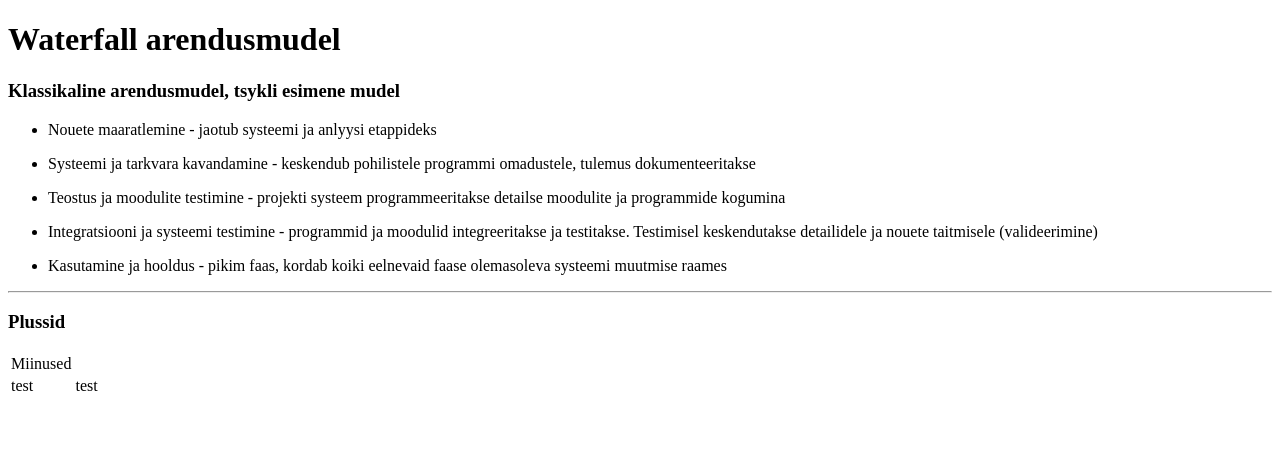
Repository: annemariv/Targe24
Page: elutsykkel/waterfall.html
These files come from the project's save history. The page is drawn as it stood at one moment and after a run of saves; the edit follows.
The browser window is 1280 px wide. The pictures show the whole page.

Above is the page before, as saved 2024-11-06 18:55:18.

### elutsykkel/waterfall.html
<!DOCTYPE html>
<html lang="en">
<head>
    <meta charset="UTF-8">
    <meta name="viewport" content="width=device-width, initial-scale=1.0">
    <title>Waterfall arendusmudel</title>
</head>
<body>
    <p>
        <!--pealkiri-->
        <!--kirjeldus oma sonadega-->
        <!--etappide tapsem kirjeldus-->
        <!--visuaalne joonis-->
        <!--tabel, mis loetleb head ja vead ()-->
    </p>
    <h1>Waterfall arendusmudel</h1>
    <h3>Klassikaline arendusmudel, tsykli esimene mudel</h3>
    <ul>
        <li>
            <p>Nouete maaratlemine - jaotub systeemi ja anlyysi etappideks</p>
        </li>
        <li>
            <p>Systeemi ja tarkvara kavandamine - keskendub pohilistele programmi omadustele, tulemus dokumenteeritakse</p>
        </li>
        <li>
            <p>Teostus ja moodulite testimine - projekti systeem programmeeritakse detailse moodulite ja programmide kogumina</p>
        </li>
        <li>
            <p>Integratsiooni ja systeemi testimine - programmid ja moodulid integreeritakse ja testitakse. Testimisel keskendutakse detailidele ja nouete taitmisele (valideerimine)</p>
        </li>
        <li>
            <p>Kasutamine ja hooldus - pikim faas, kordab koiki eelnevaid faase olemasoleva systeemi muutmise raames</p>
        </li>
    </ul>
    <hr/>
    <table>
        <tr>
            <h3>Plussid</h3>
            <td>Miinused</td>
        </tr>
        <tr>
            <td>test</td>
            <td>test</td>
        </tr>
    </table>
</body>
</html>

After the next 2 saves:
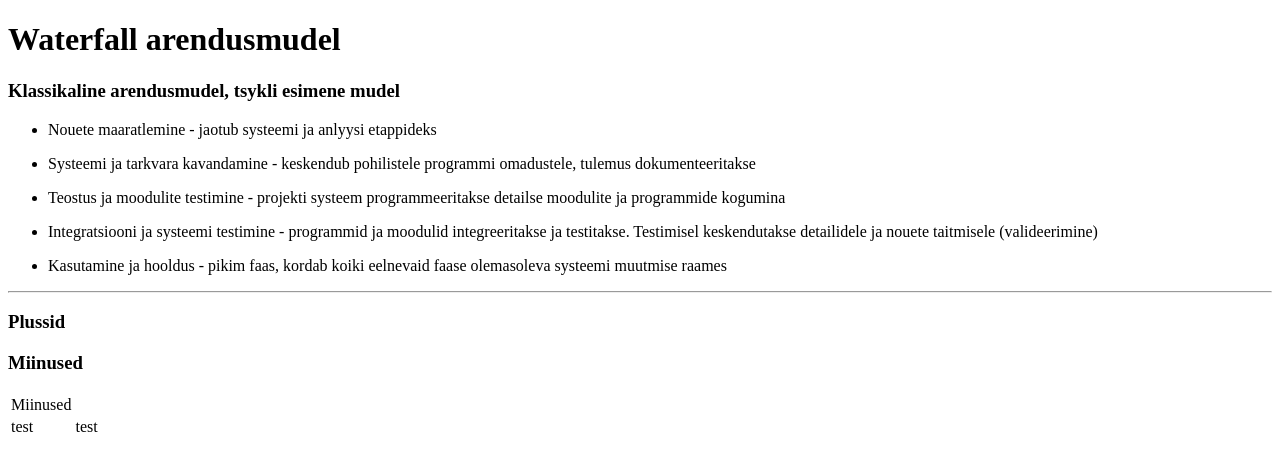
The 2 saves are shown as one change because they came seconds apart.
The last was saved 7 s later.
--- a/elutsykkel/waterfall.html
+++ b/elutsykkel/waterfall.html
@@ -36,6 +36,7 @@
     <table>
         <tr>
             <h3>Plussid</h3>
+            <h3>Miinused</h3>
             <td>Miinused</td>
         </tr>
         <tr>
